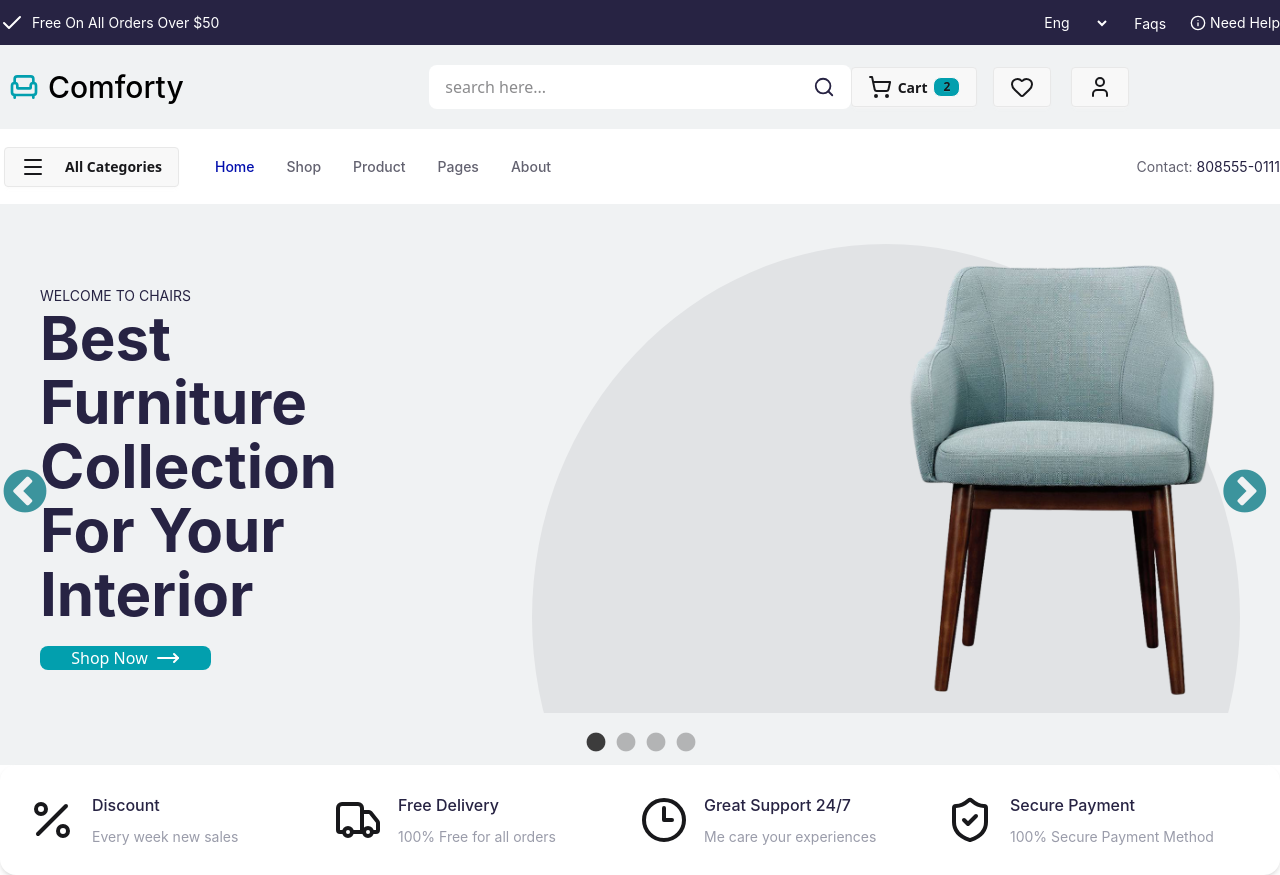
Repository: Neda0o0/store-template-website
Page: /
An editor plug-in stored every save of this project. The page is shown before and after the next save, followed by the edit.
The browser window is 1280 px wide. The pictures show the whole page.
The project was rebuilt for these pictures with package versions that can differ from the ones it lists, and the page was loaded fresh each time. Also part of the build but not shown: vite.config.js, src/Pages/Auth/Auth.jsx, src/Pages/Auth/Login/Login.jsx, src/Pages/Auth/Register/Register.jsx, src/Pages/Error/Error.jsx, src/AuthCheck/AuthCheck.jsx.

Above is the page before, as saved 2025-10-25 11:07:35.

After the next save:
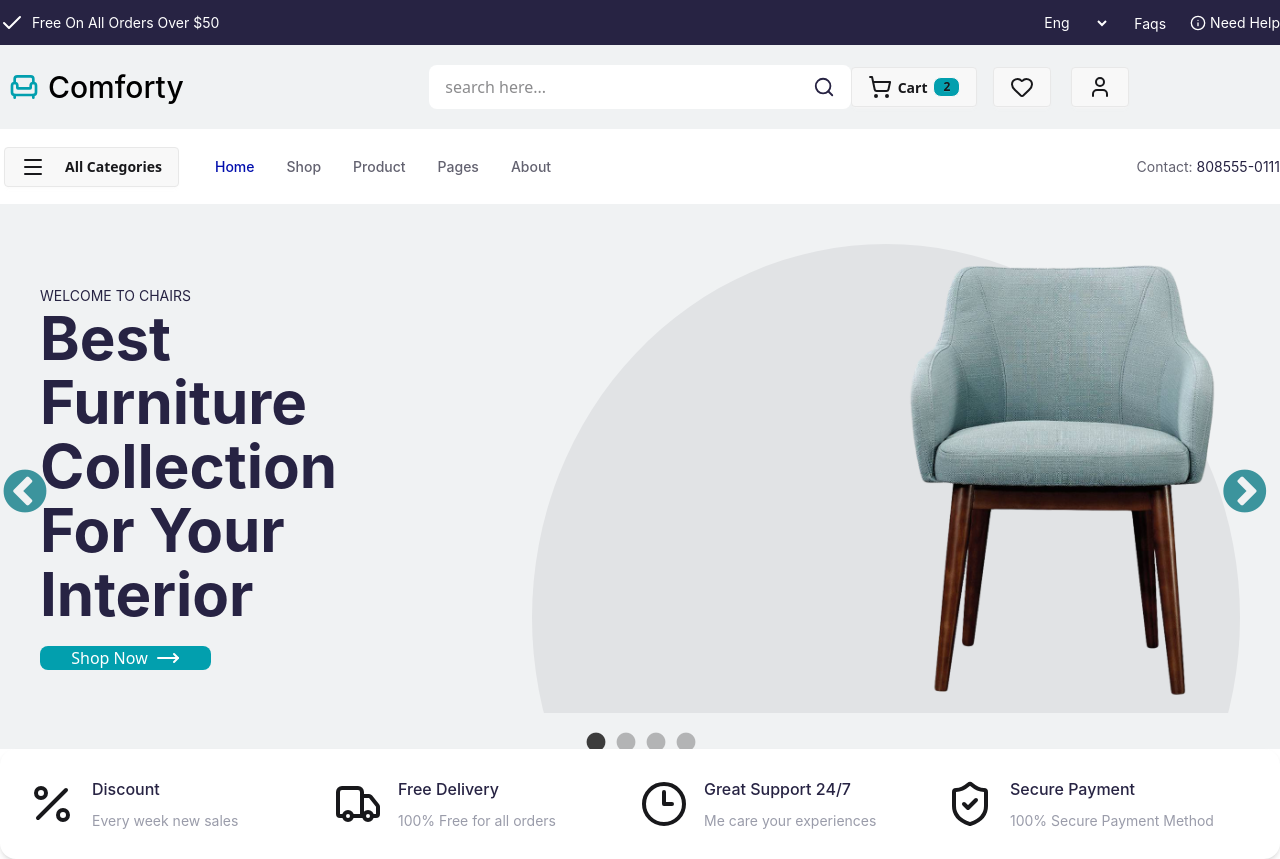
Saved 2 min 12 s later.
--- a/src/index.css
+++ b/src/index.css
@@ -78,7 +78,7 @@
 }
 
 .delivery_component {
-  margin-top: -3rem;
+  margin-top: -4rem;
   position: relative;
   z-index: 5;
 }
